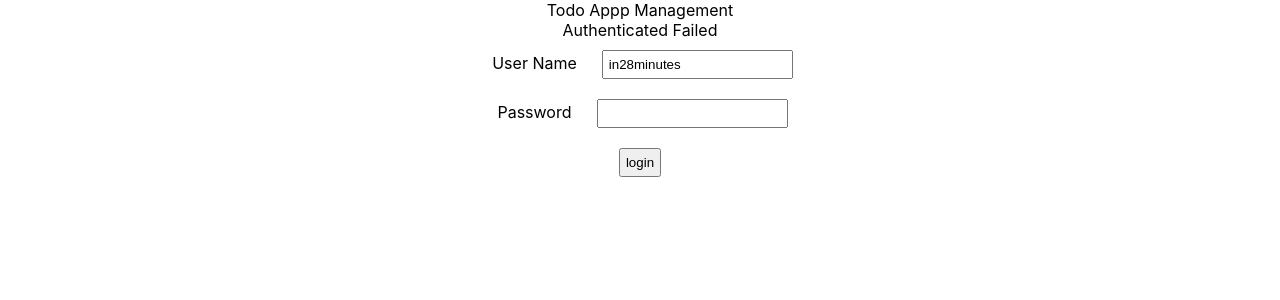
Repository: alexveremis/ReactWithRestAPI
Page: /login
These files come from the project's save history. The page is drawn as it stood at one moment and after the next save; the edit follows.
The browser window is 1280 px wide. The pictures show the whole page.
The project was rebuilt for these pictures with package versions that can differ from the ones it lists, and the page was loaded fresh each time.

Above is the page before, as saved 2023-11-23 15:59:26.

After the next save:
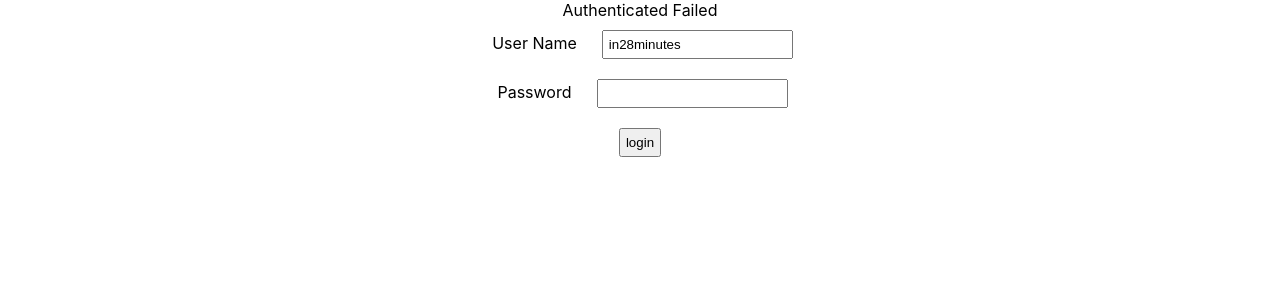
Saved 15 min 59 s later.
--- a/src/components/todo/TodoApp.jsx
+++ b/src/components/todo/TodoApp.jsx
@@ -1,13 +1,19 @@
 import './TodoApp.css'
 import { useState } from 'react'
-
+import { BrowserRouter, Route, Routes } from 'react-router-dom';
 
 export default function TodoApp(){
     return(
         <div className="TodoApp">
-            Todo Appp Management
-            <LoginComponent />
-            {/* <WelcomeComponent /> */}
+            <BrowserRouter>
+            <Routes>
+                <Route path='/login' element={<LoginComponent />}></Route>
+                <Route path='/welcome' element={<WelcomeComponent />}></Route>
+
+            </Routes>
+            </BrowserRouter>
+
+
 
         </div>
     )
